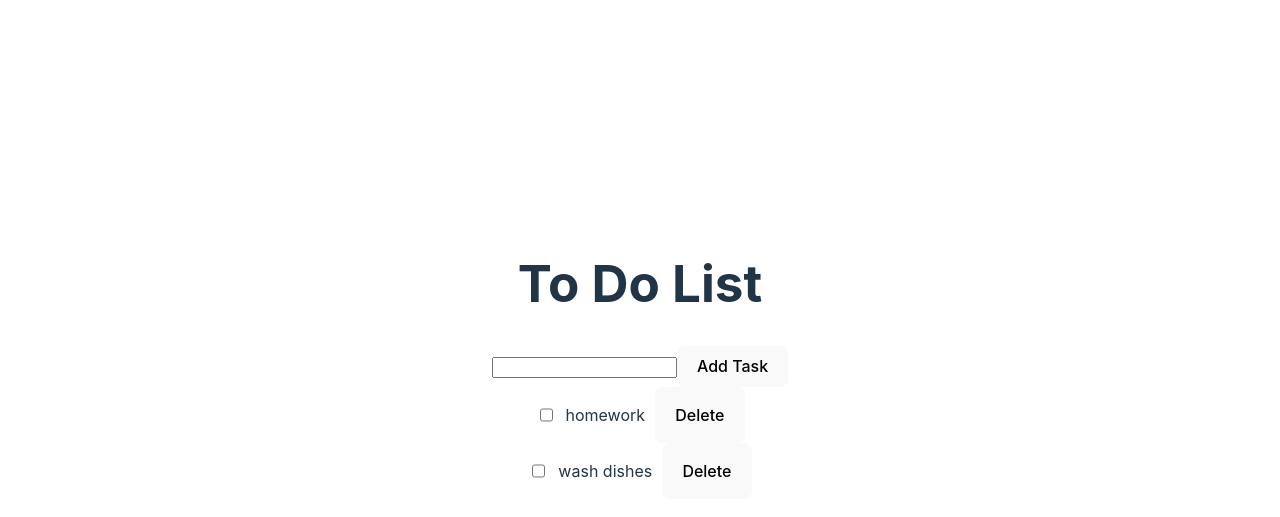
Repository: Jennica1/FRONT_END_WEEK06
Page: / (app in react/)
An editor plug-in stored every save of this project. The page is shown before and after the next save, followed by the edit.
The browser window is 1280 px wide. The pictures show the whole page.
The project was rebuilt for these pictures with package versions that can differ from the ones it lists, and the page was loaded fresh each time. Also part of the build but not shown: react/vite.config.js.

Above is the page before, as saved 2024-10-10 15:33:59.

### react/src/App.jsx
import { useState } from 'react';
import reactLogo from './assets/react.svg';
import viteLogo from '/vite.svg';
import TaskForm from './components/TaskForm';
import './App.css';


function App() {

  return (
    <>
     <TaskForm/>
    </>
  )
}

export default App

### react/src/components/TaskForm.jsx
import React, { useState } from 'react'
//renders an input box and a button for creating new tasks.
//Decide where the shared state should live. This is where you would also want to define the functions for updating the app state, including:

//a function for toggling the complete status of a task
//a function for adding a new task
//a function for deleting a task


const data = [
  {
    id: 1,
    taskName: 'homework',
    completed: false
  },
  {
    id: 2,
    taskName: 'wash dishes',
    completed: false
  },
];

function TaskForm() {
  const [tasks, setTasks] = useState(data);
  const [taskData, settaskData] = useState({ taskName: '', completed: false });


  function handleAddTask(e) {
    e.preventDefault();
    if (taskData.taskName) {
      const newTask = { ...taskData, id: tasks.length + 1, completed: false };
      setTasks([...tasks, newTask]);
      settaskData({ taskName: '', completed: false });
    }
  }


  function handleDeleteTask(id) {
    setTasks(tasks.filter(task => task.id !== id));
  }


  function toggleTaskCompletion(id) {
    setTasks(tasks.map(task =>
      task.id === id ? { ...task, completed: !task.completed } : task
    ));
  }

  const newListUI = tasks.map((task) => (
    <div key={task.id} style={{ display: 'flex', justifyContent: 'center', gap: '10px' }}>
      <input
        type="checkbox"
        checked={task.completed}
        onChange={() => toggleTaskCompletion(task.id)}
      />
      <p style={{ textDecoration: task.completed ? 'line-through' : 'none' }}>
        {task.taskName}
      </p>
      <button className='btn-delete'
      onClick={() => handleDeleteTask(task.id)}>Delete</button>
    </div>
  ));

  return (
    <>
      <h1>To Do List</h1>
     <form onSubmit={handleAddTask}>
        <input
          type='text'
          value={taskData.taskName}
          onChange={(e) => settaskData({ ...taskData, taskName: e.target.value })}
        />
        <button className='btn-task'
        type="submit">Add Task</button>
      </form>


      <div>
      {newListUI}
      </div>
    </>
  )
}

export default TaskForm

### react/src/App.css
#root {
  max-width: 1280px;
  margin: 0 auto;
  padding: 2rem;
  text-align: center;
}

.logo {
  height: 6em;
  padding: 1.5em;
  will-change: filter;
  transition: filter 300ms;
}
.logo:hover {
  filter: drop-shadow(0 0 2em #646cffaa);
}
.logo.react:hover {
  filter: drop-shadow(0 0 2em #61dafbaa);
}

@keyframes logo-spin {
  from {
    transform: rotate(0deg);
  }
  to {
    transform: rotate(360deg);
  }
}

@media (prefers-reduced-motion: no-preference) {
  a:nth-of-type(2) .logo {
    animation: logo-spin infinite 20s linear;
  }
}

.card {
  padding: 2em;
}

.read-the-docs {
  color: #888;
}

.btn-delete {
  align-items: end;
}

Loaded but not shown: react/index.html (common file); react/src/main.jsx (common file); react/src/index.css (common file)

After the next save:
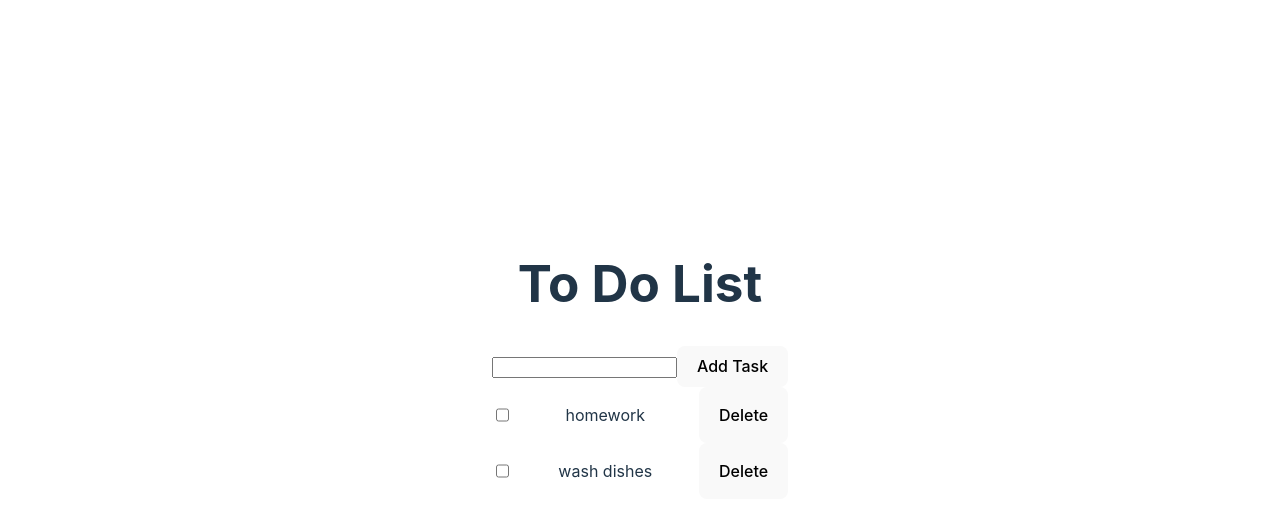
Saved 3 min 5 s later.
--- a/react/src/components/TaskForm.jsx
+++ b/react/src/components/TaskForm.jsx
@@ -47,7 +47,7 @@ function TaskForm() {
   }
 
   const newListUI = tasks.map((task) => (
-    <div key={task.id} style={{ display: 'flex', justifyContent: 'center', gap: '10px' }}>
+    <div key={task.id} style={{ display: 'flex', justifyContent: 'center', gap: '10px', justifyContent: 'space-between'}}>
       <input
         type="checkbox"
         checked={task.completed}
